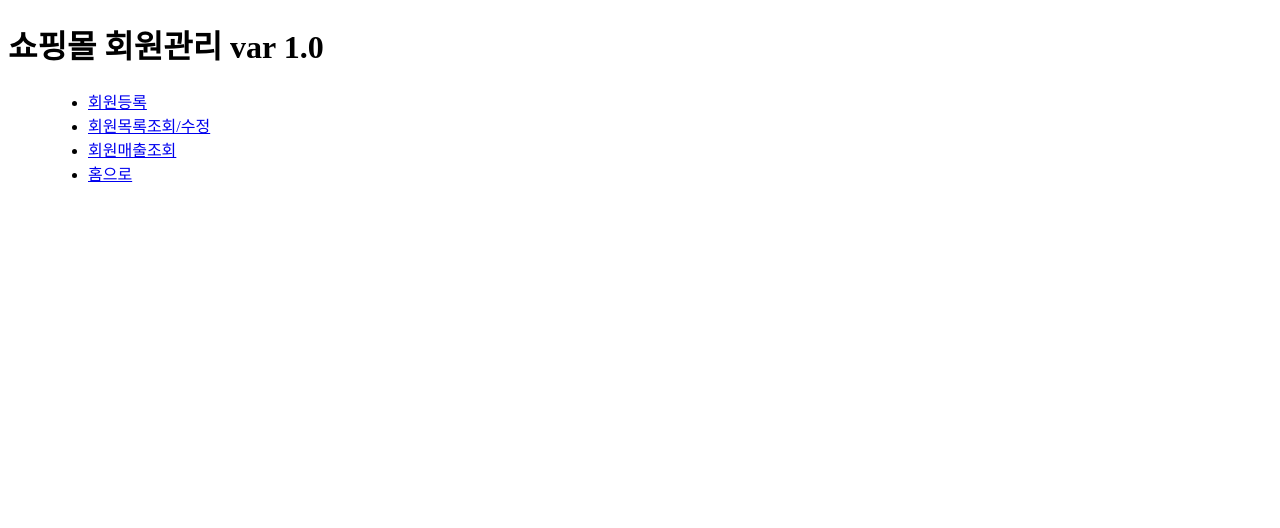
Repository: star-min/jsp_basic
Page: http://localhost/HRD_A01/
These files come from the project's save history. The page is drawn as it stood at one moment and after the next save; the edit follows.
The browser window is 1280 px wide. The pictures show the whole page.
The page is served by Tomcat 9. Other server files are loaded and not shown.

Above is the page before, as saved 2022-08-16 06:01:24.

### hrdkorea/HRD_A01/WebContent/index.jsp
<%@ page language="java" contentType="text/html; charset=UTF-8"
    pageEncoding="UTF-8"%>
<!DOCTYPE html>
<html>
<head>
<meta http-equiv="Content-Type" content="text/html; charset=EUC-KR">
<title>쇼핑몰 회원관리 프로그램</title>
</head>
<body>
	<header>
		<h1>쇼핑몰 회원관리 var 1.0</h1>
	</header>
	<menu>
		<ul>
			<li><a href="joinForm.jsp">회원등록</a></li>
			<li><a href="memberList.jsp">회원목록조회/수정</a></li>
			<li><a href="moneyList.jsp">회원매출조회</a></li>
			<li><a href="index.hrmll">홈으로</a></li>
		</ul>
	</menu>
	<section>

	</section>
	<footer>

	</footer>
</body>
</html>

After the next save:
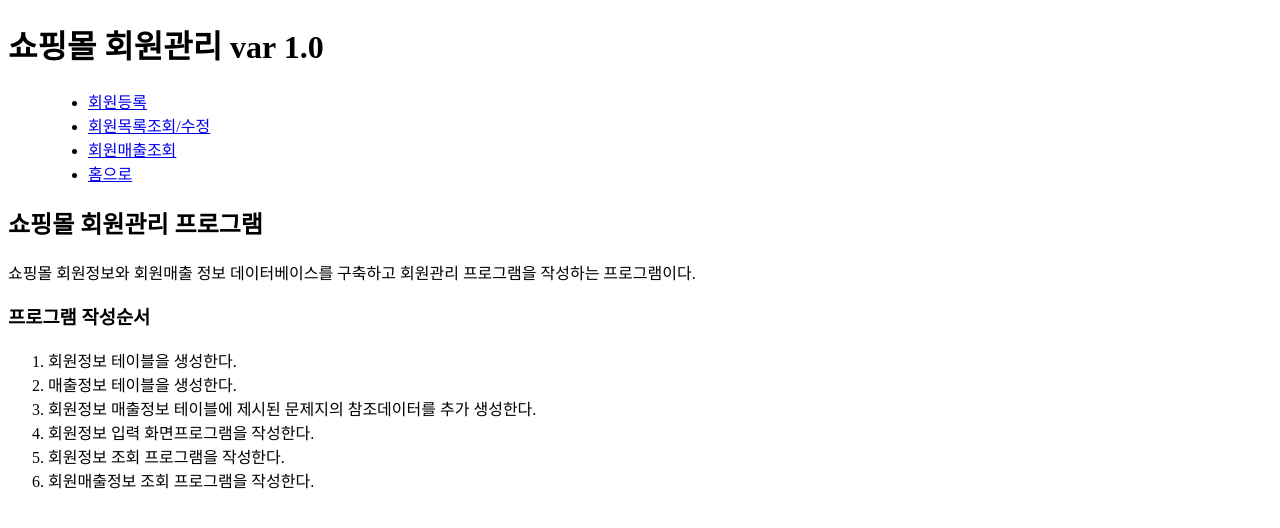
Saved 3 min 44 s later.
--- a/hrdkorea/HRD_A01/WebContent/index.jsp
+++ b/hrdkorea/HRD_A01/WebContent/index.jsp
@@ -19,7 +19,17 @@
 		</ul>
 	</menu>
 	<section>
-
+		<h2>쇼핑몰 회원관리 프로그램</h2>
+		<p>쇼핑몰 회원정보와 회원매출 정보 데이터베이스를 구축하고 회원관리 프로그램을 작성하는 프로그램이다.</p>
+		<h3>프로그램 작성순서</h3>
+		<ol>
+			<li>회원정보 테이블을 생성한다.</li>
+			<li>매출정보 테이블을 생성한다.</li>
+			<li>회원정보 매출정보 테이블에 제시된 문제지의 참조데이터를 추가 생성한다.</li>
+			<li>회원정보 입력 화면프로그램을 작성한다.</li>
+			<li>회원정보 조회 프로그램을 작성한다.</li>
+			<li>회원매출정보 조회 프로그램을 작성한다.</li>
+		</ol>
 	</section>
 	<footer>
 
